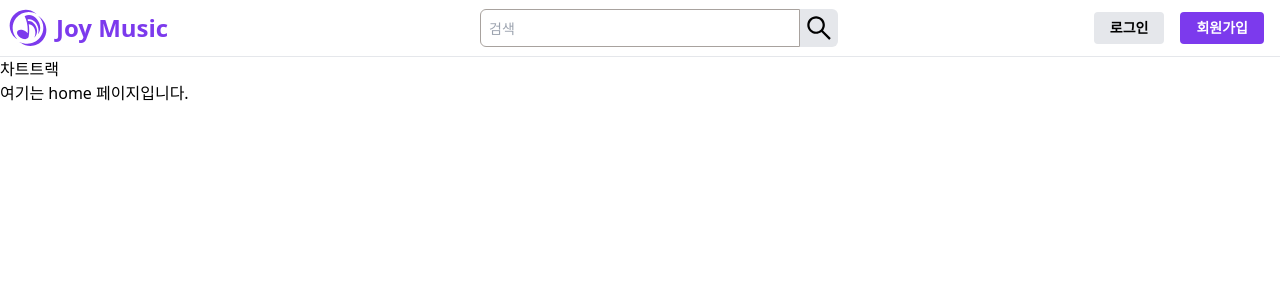
Repository: momo0170/streaming
Page: /
An editor plug-in stored every save of this project. The page is shown before and after the next save, followed by the edit.
The browser window is 1280 px wide. The pictures show the whole page.
The project was rebuilt for these pictures with package versions that can differ from the ones it lists, and the page was loaded fresh each time. Also part of the build but not shown: src/App.css, src/router/ChartTrack.jsx, src/router/ChartArtist.jsx, src/router/ChartGenres.jsx.

Above is the page before, as saved 2023-09-22 16:13:17.

After the next save:
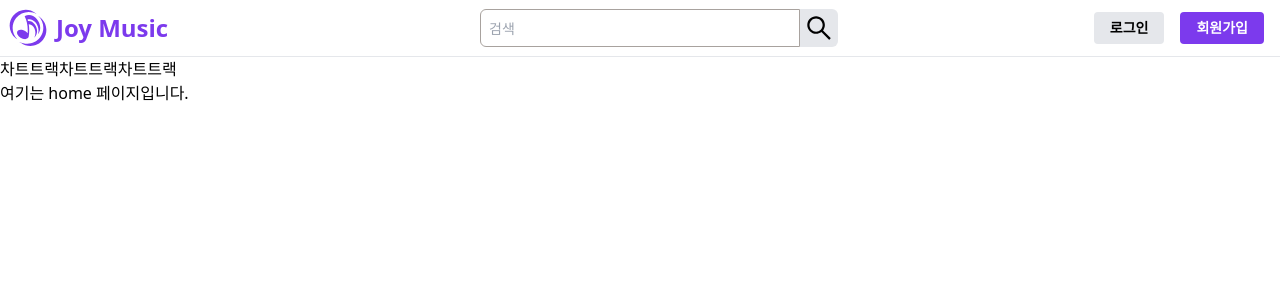
Saved 5 s later.
--- a/src/components/MenuBar.jsx
+++ b/src/components/MenuBar.jsx
@@ -5,6 +5,8 @@ export default function MenuBar() {
   return (
     <>
       <Link to="/chartTrack">차트트랙</Link>
+      <Link to="/chartTrack">차트트랙</Link>
+      <Link to="/chartTrack">차트트랙</Link>
     </>
   );
 }
